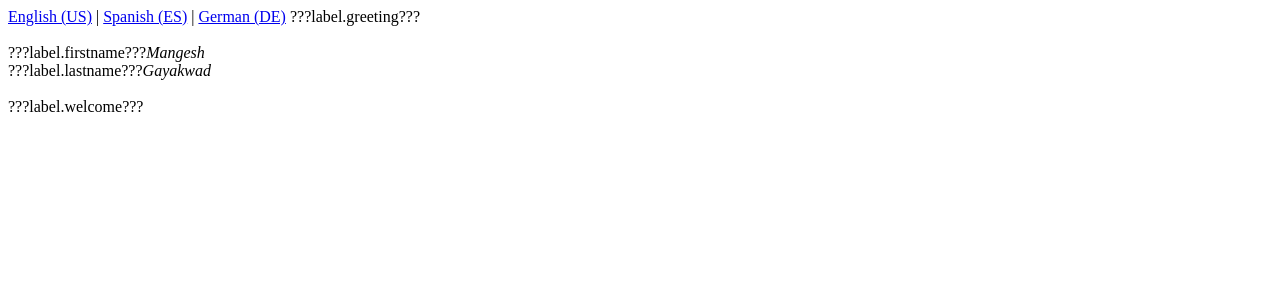
Repository: mangeshgayakwad2020/jsp_servlet
Page: http://localhost/JSPTagDemo/i18n-messages-test.jsp?theLocale=en_US
An editor plug-in stored every save of this project. The page is shown before and after the next save, followed by the edit.
The browser window is 1280 px wide. The pictures show the whole page.
The page is served by Tomcat 9.

Above is the page before, as saved 2019-08-21 05:14:36.

After the next save:
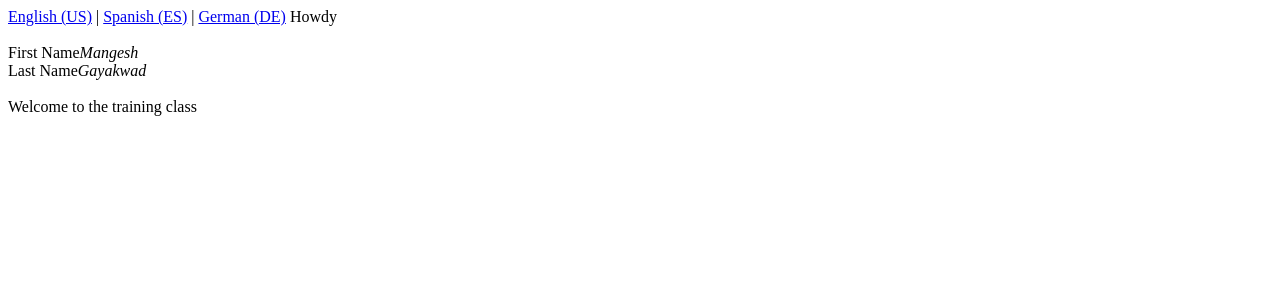
Saved 2 min 51 s later.
--- a/JSPTagDemo/WebContent/i18n-messages-test.jsp
+++ b/JSPTagDemo/WebContent/i18n-messages-test.jsp
@@ -4,6 +4,8 @@
 <c:set var="theLocale" value="${not empty param.theLocale ? param.theLocale : pageContext.request.locale}" scope="session" />
 
 <fmt:setLocale value="${theLocale}" />
+
+<fmt:setBundle basename="com.greatdigitallab.jsptagdemo.i18n.resources.mylabels" />
 
 <html>
 
